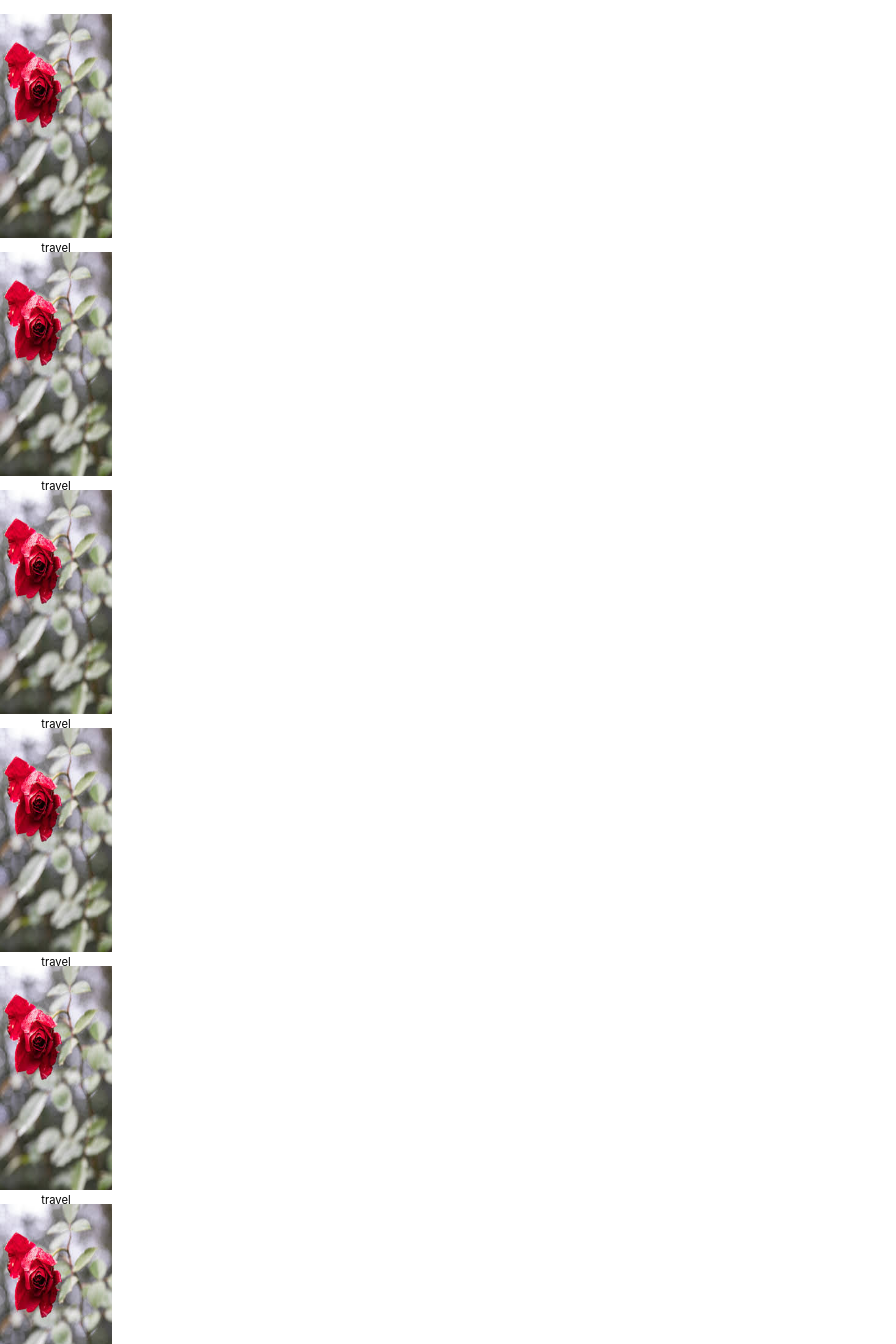
Repository: vakharia5/Preview
Page: /
These files come from the project's save history. The page is drawn as it stood at one moment and after the next save; the edit follows.
The browser window is 1280 px wide. The pictures show the part of the page from y = 0 to 1920 px (the page is 2780 px tall), at 70% of full size.
The project was rebuilt for these pictures with package versions that can differ from the ones it lists, and the page was loaded fresh each time.

Above is the page before, as saved 2020-06-22 14:38:35.

After the next save:
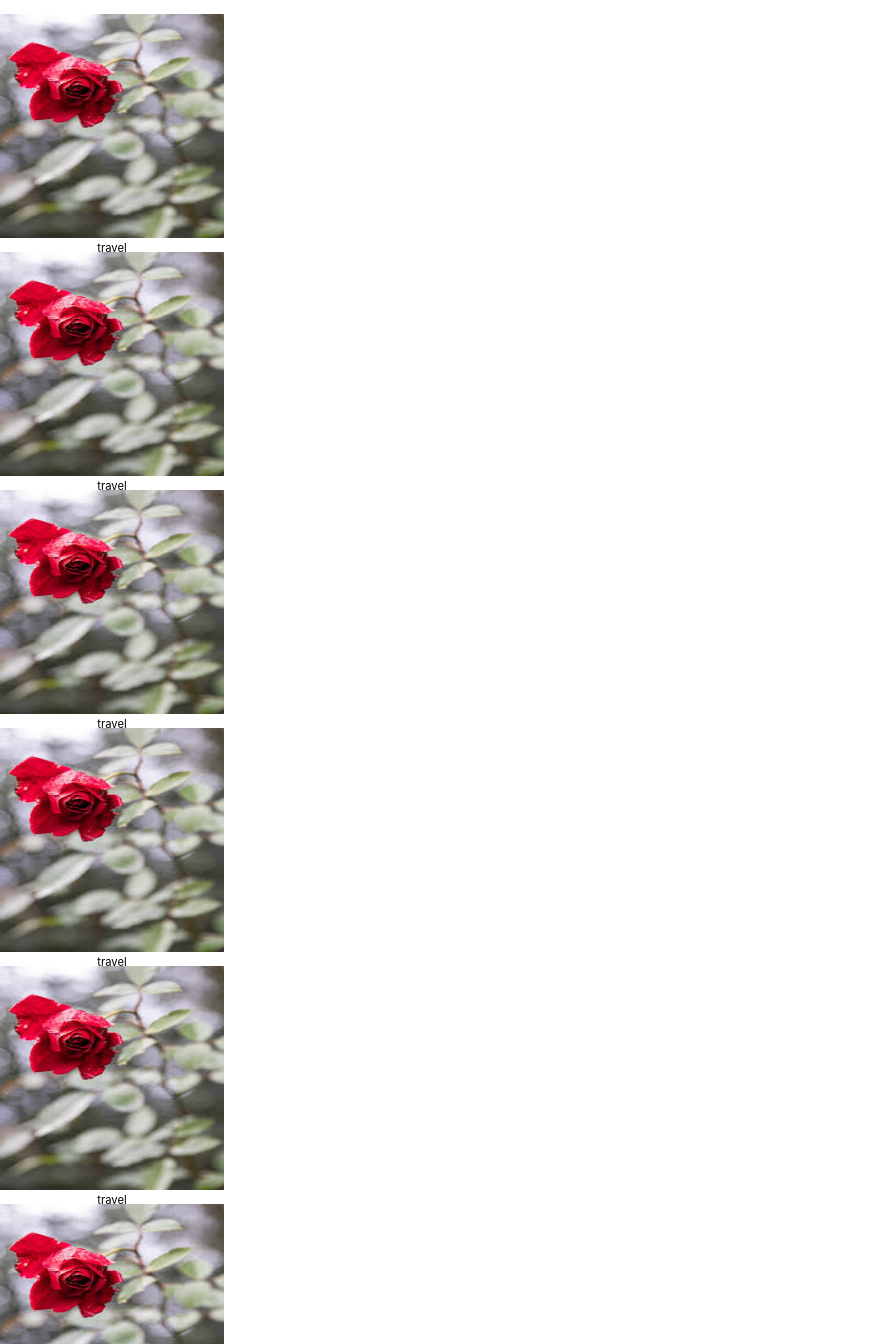
Saved 13 s later.
--- a/src/assets/css/Style.css
+++ b/src/assets/css/Style.css
@@ -1,11 +1,11 @@
 .card{
     height: 20rem;
-    width: 10rem;
+    width: 20rem;
     margin-right: 5px;
     margin-top: 20px;
 }
 
 .cardImage {
     height: 20rem;
-    width: 10rem;
+    width: 20rem;
 }
